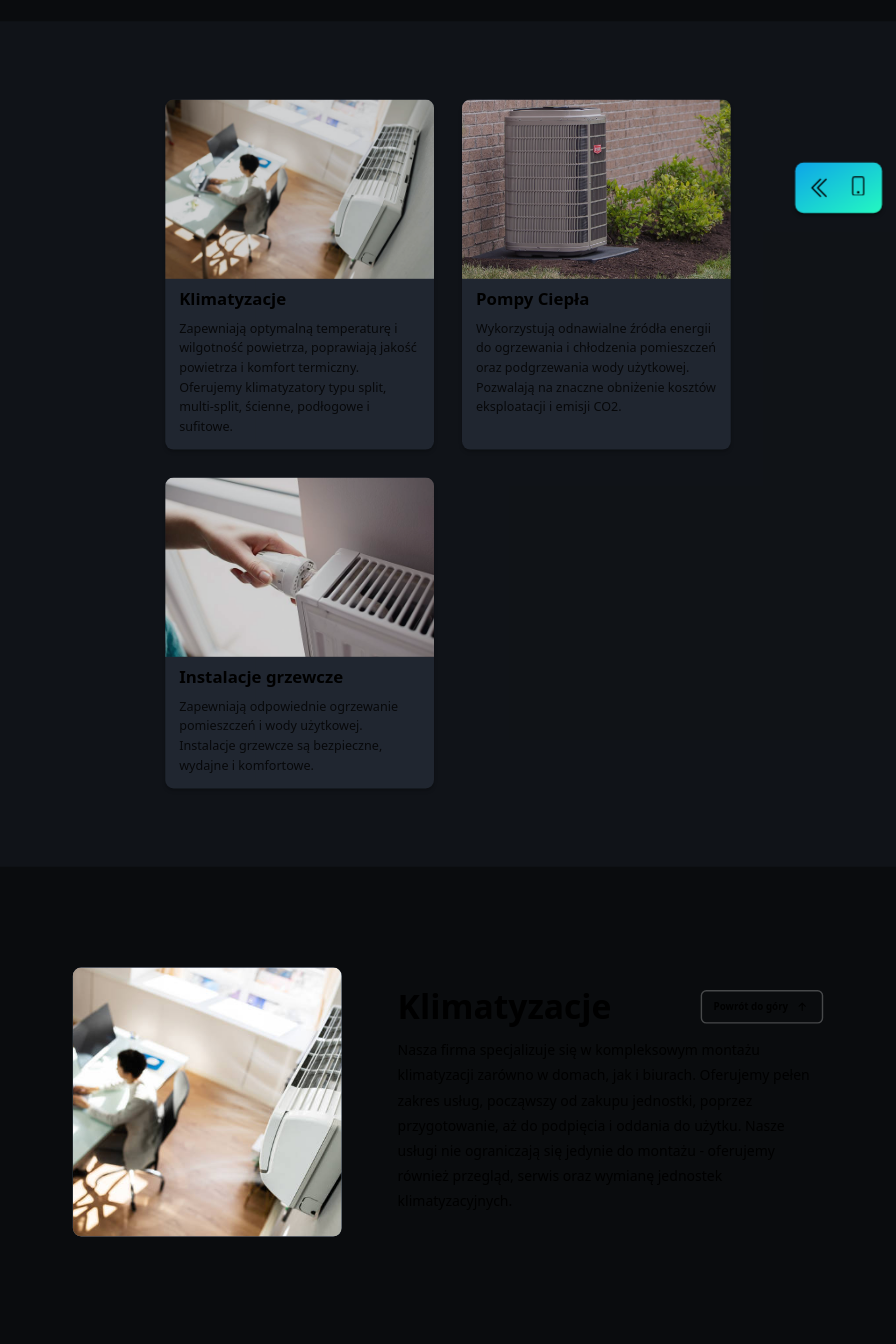
Repository: piotrokrutniak/Fast-CompanyWebsite
Page: /oferta
An editor plug-in stored every save of this project. The page is shown before and after the next save, followed by the edit.
The browser window is 1280 px wide. The pictures show the part of the page from y = 395 to 2315 px (the page is 4026 px tall before and 3870 px after), at 70% of full size.
The project was rebuilt for these pictures with package versions that can differ from the ones it lists, and the page was loaded fresh each time. The framework's server and built-in components were replaced by stand-ins that run in the browser. Also part of the build but not shown: next.config.js.

Above is the page before, as saved 2023-10-22 16:43:33.

After the next save:
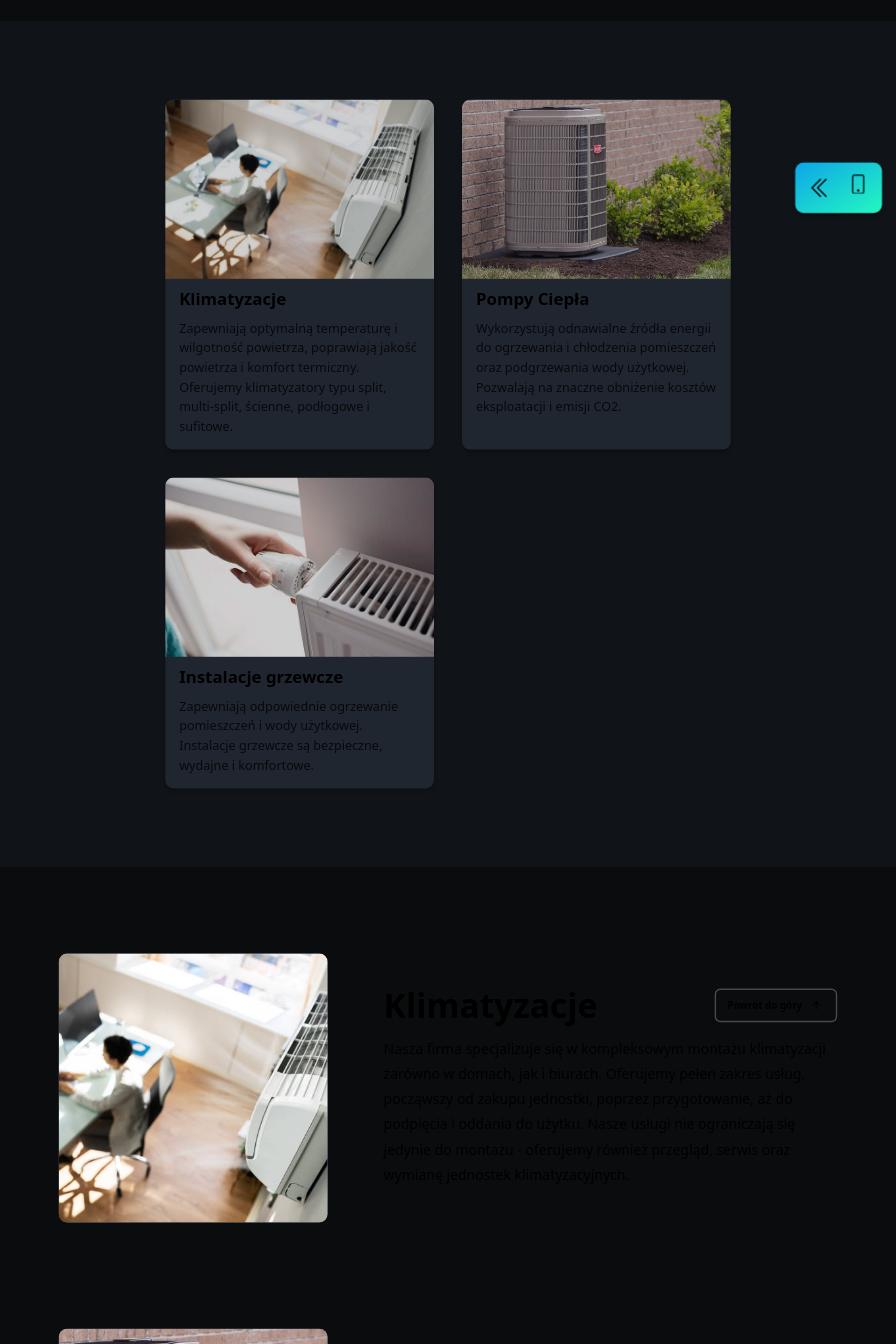
Saved 35 s later.
--- a/src/app/components/common/simplePanel.js
+++ b/src/app/components/common/simplePanel.js
@@ -4,7 +4,7 @@ import ButtonBase from "./buttonBase";
 
 export default function SimplePanel({...props}){
     return(
-        <section id={props.id} className="z-10 w-full items-center justify-between text-sm lg:flex p-5 md:p-10 max-xs:p-5">
+        <section id={props.id} className="z-10 w-full items-center justify-between text-sm lg:flex p-5 max-xs:p-5">
             <div className='max-w-7xl m-auto flex gap-20 py-10 align-middle h-full max-md:flex-col-reverse max-lg:gap-10'>
             <div className='w-96 h-64 sm:h-96 shrink-0 bg-slate-500 rounded-xl relative self-center max-md:w-full overflow-clip'>
                 <Image src={props.img} layout='fill' objectFit='cover'/>
